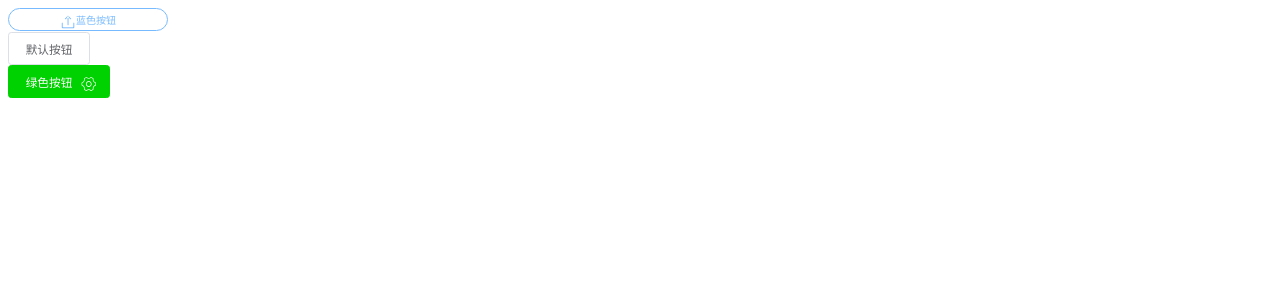
Repository: Cherry-pan/component-packing
Page: /
These files come from the project's save history. The page is drawn as it stood at one moment and after the next save; the edit follows.
The browser window is 1280 px wide. The pictures show the whole page.
The project was rebuilt for these pictures with package versions that can differ from the ones it lists, and the page was loaded fresh each time. Also part of the build but not shown: vue.config.js.

Above is the page before, as saved 2022-04-30 15:59:35.

After the next save:
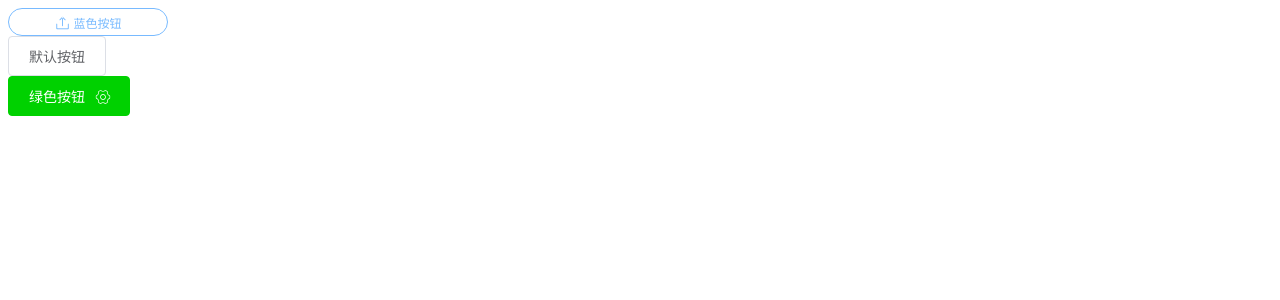
Saved 65 s later.
--- a/src/components/button/Button.vue
+++ b/src/components/button/Button.vue
@@ -53,8 +53,7 @@ export default {
     suffix: {
       type: String,
       default: ""
-    },
-    block: Boolean
+    }
   },
   computed: {
     // 监听变化
@@ -84,9 +83,6 @@ export default {
     },
     iconSuffix() {
       return this.suffix ? `icon-${this.suffix}` : "";
-    },
-    blockCss() {
-      return this.block ? "a-button-block" : "";
     }
   },
   data() {
@@ -101,17 +97,17 @@ export default {
 
 <style lang="scss" scoped>
 .a-button {
-  padding: 0 1.0417rem 0 1.0417rem;
-  border-width: 0.0521rem;
+  padding: 0 20px 0 20px;
+  border-width: 1px;
   border-color: #dcdfe6;
   border-style: solid;
-  border-radius: 0.2083rem;
+  border-radius: 4px;
   background-color: white;
-  font-size: 0.7292rem;
+  font-size: 14px;
   color: #606266;
-  height: 2.0833rem;
+  height: 40px;
   + .a-button {
-    margin-left: 0.7292rem;
+    margin-left: 14px;
   }
   > span {
     display: flex;
@@ -119,14 +115,14 @@ export default {
     justify-content: center;
   }
   i {
-    width: 0.7292rem;
-    height: 0.7292rem;
+    width: 14px;
+    height: 14px;
   }
   .icon-prefix {
-    margin-right: 0.5208rem;
+    margin-right: 10px;
   }
   .icon-suffix {
-    margin-left: 0.5208rem;
+    margin-left: 10px;
   }
 }
 // 禁用 透明度
@@ -173,36 +169,32 @@ export default {
 }
 // 圆角
 .is-round {
-  border-radius: 5.2083rem;
+  border-radius: 100px;
 }
 // 尺寸
 .a-button-medium {
-  height: 1.875rem;
+  height: 36px;
 }
 .a-button-small {
-  height: 1.6667rem;
-  font-size: 0.625rem;
-  padding: 0 0.7813rem 0 0.7813rem;
+  height: 32px;
+  font-size: 12px;
+  padding: 0 15px 0 15px;
   .icon-prefix {
-    margin-right: 0.2604rem;
+    margin-right: 5px;
   }
   .icon-suffix {
-    margin-left: 0.2604rem;
+    margin-left: 5px;
   }
 }
 .a-button-mini {
-  height: 1.4583rem;
-  font-size: 0.625rem;
-  padding: 0 0.7813rem 0 0.7813rem;
+  height: 28px;
+  font-size: 12px;
+  padding: 0 15px 0 15px;
   .icon-prefix {
-    margin-right: 0.2604rem;
+    margin-right: 5px;
   }
   .icon-suffix {
-    margin-left: 0.2604rem;
-  }
-}
-.a-button-block{
-    display: block;
-    width: 100%;
+    margin-left: 5px;
+  }
 }
 </style>
